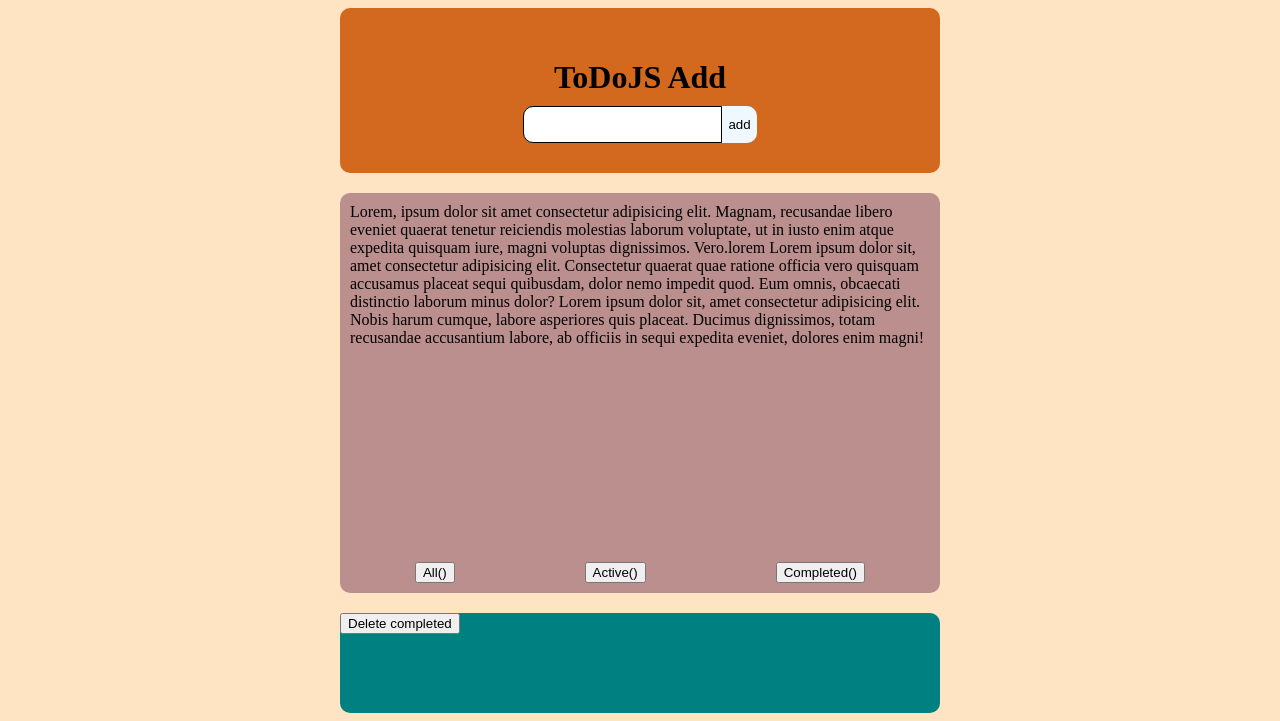
Repository: Savich01/ToDo
Page: index.html
These files come from the project's save history. The page is drawn as it stood at one moment and after the next save; the edit follows.
The browser window is 1280 px wide. The pictures show the whole page.

Above is the page before, as saved 2024-05-03 15:33:59.

After the next save:
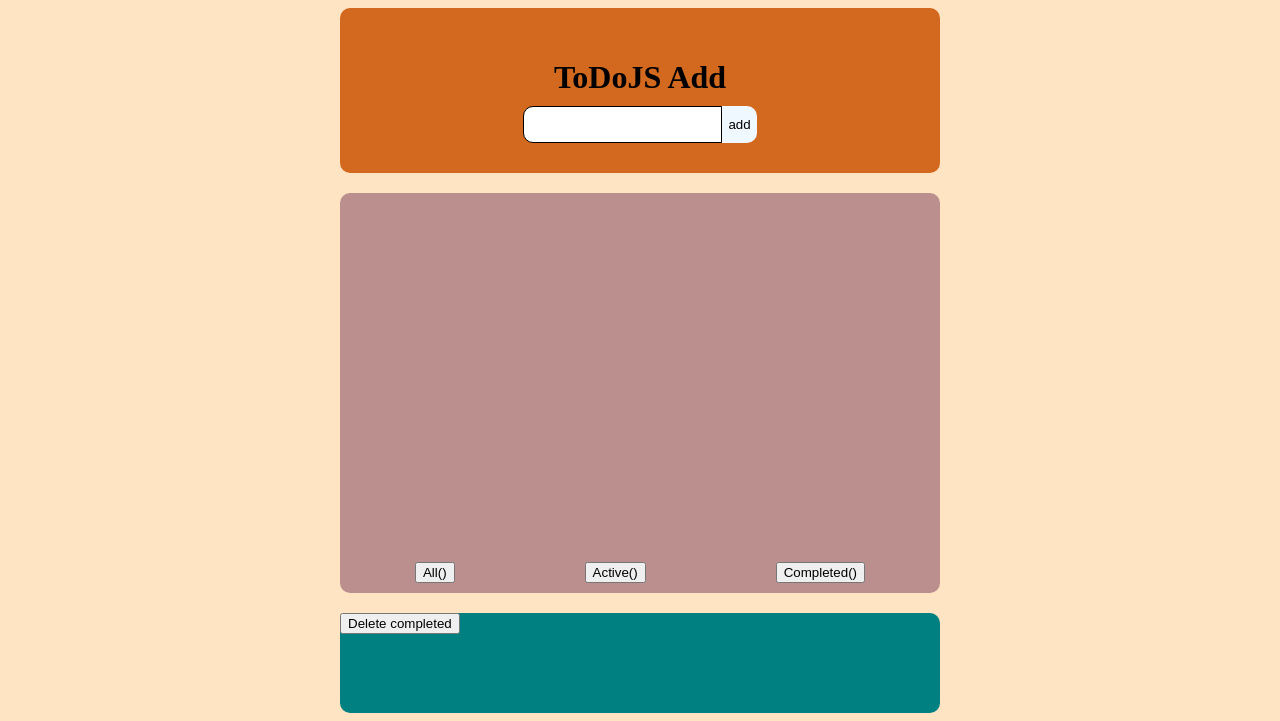
Saved 31 s later.
--- a/index.html
+++ b/index.html
@@ -21,9 +21,7 @@
      <main class="main">
         <div class="main-block">
             <div class="main-container">
-                Lorem, ipsum dolor sit amet consectetur adipisicing elit. Magnam, recusandae libero eveniet quaerat tenetur reiciendis molestias laborum voluptate, ut in iusto enim atque expedita quisquam iure, magni voluptas dignissimos. Vero.lorem
-                Lorem ipsum dolor sit, amet consectetur adipisicing elit. Consectetur quaerat quae ratione officia vero quisquam accusamus placeat sequi quibusdam, dolor nemo impedit quod. Eum omnis, obcaecati distinctio laborum minus dolor?
-              Lorem ipsum dolor sit, amet consectetur adipisicing elit. Nobis harum cumque, labore asperiores quis placeat. Ducimus dignissimos, totam recusandae accusantium labore, ab officiis in sequi expedita eveniet, dolores enim magni!
+
             </div>
             <div class="main-button">
                  <button class="main-btn1">All()</button>
@@ -35,8 +33,8 @@
      <footer class="footer">
         <div class="footer-block">
             <div class="footer-btn">
-            <button class="btn">Delete completed</button>
-        </div>
+                <button class="btn">Delete completed</button>
+            </div>
         </div>
      </footer>
         <script src="js/script.js"></script>
